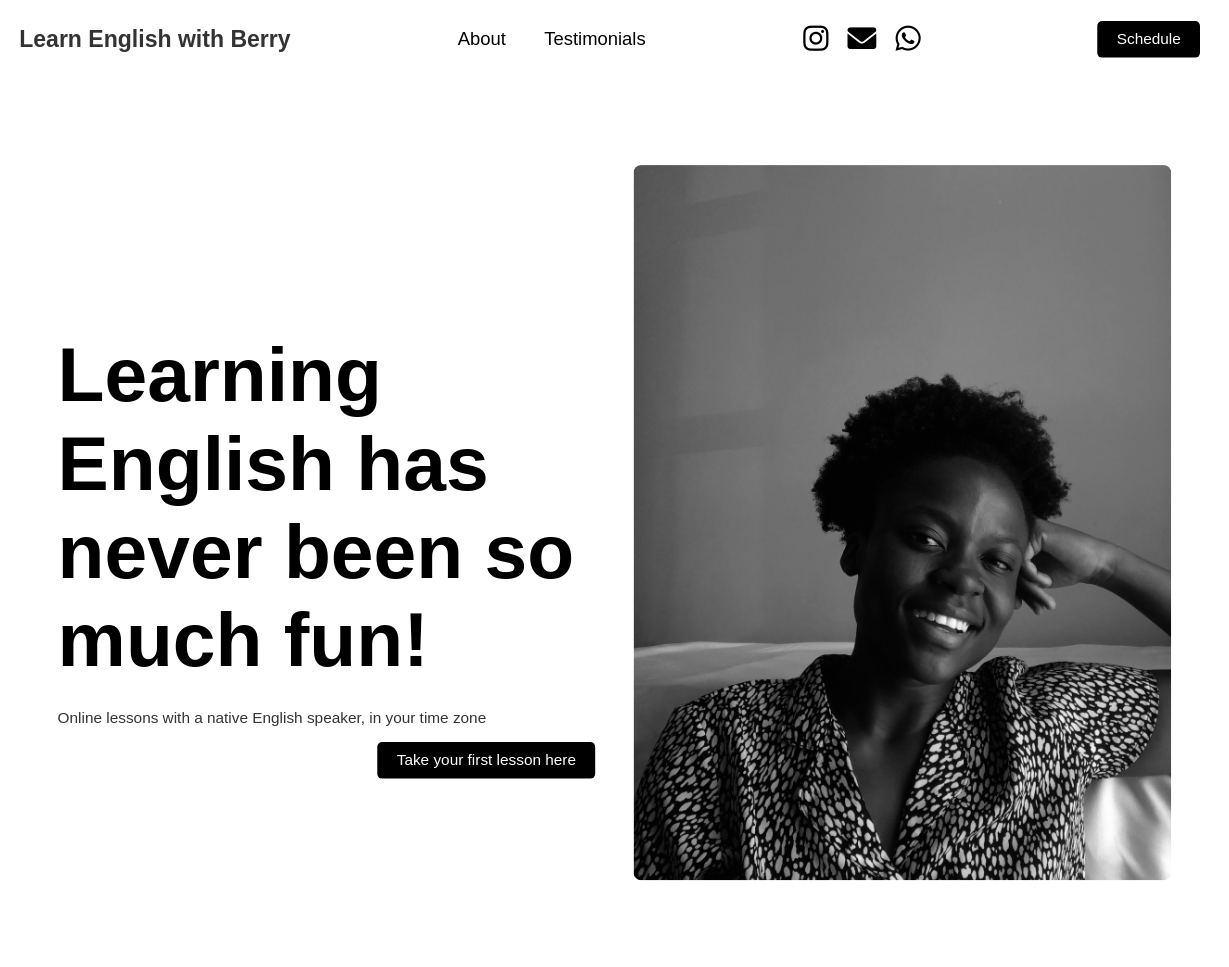
Repository: ntandomagana/esl-landing-page
Page: index.html
The author's editor kept a copy of each file at every save. The page is drawn from the files as they stood at one save, then again after the next save.
The browser window is 1280 px wide. The pictures show the whole page, at 96% of full size.

Above is the page before, as saved 2024-07-17 13:37:48.

After the next save:
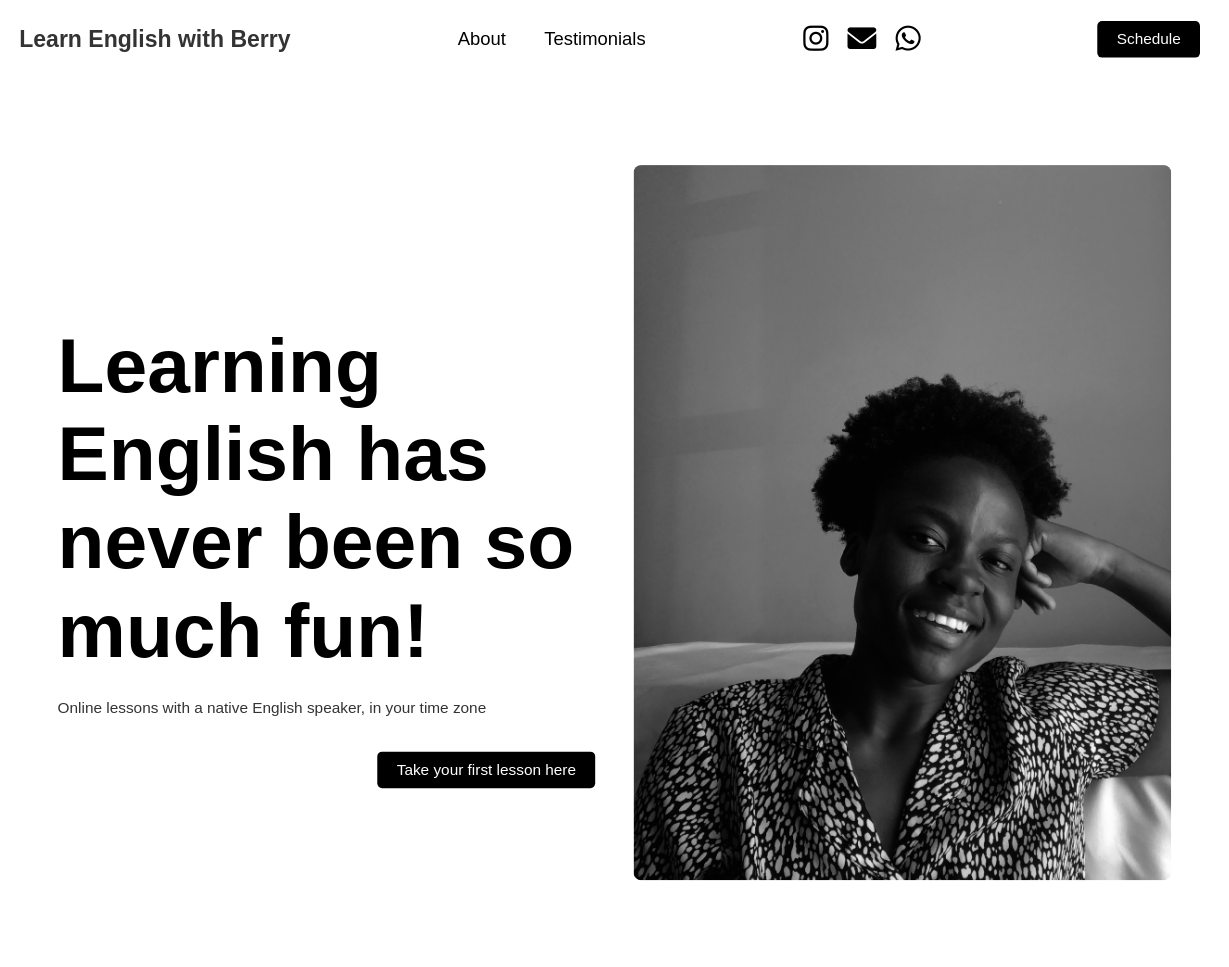
Saved 8 s later.
--- a/index.css
+++ b/index.css
@@ -155,7 +155,7 @@ nav ul li a:hover {
   border-radius: 5px;
   transition: background-color 0.3s ease;
   margin-top: 20px
-  padding: 18px 40px;
+
 }
 
 .action-button:hover {
